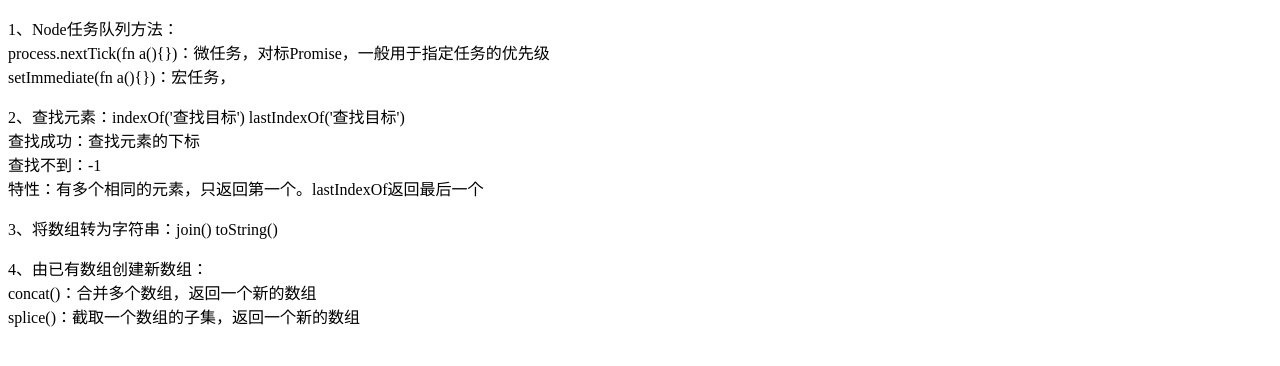
Repository: 15878162243/nodejsNote
Page: node方法.html
An editor plug-in stored every save of this project. The page is shown before and after the next save, followed by the edit.
The browser window is 1280 px wide. The pictures show the whole page.

Above is the page before, as saved 2022-09-25 15:43:42.

After the next save:
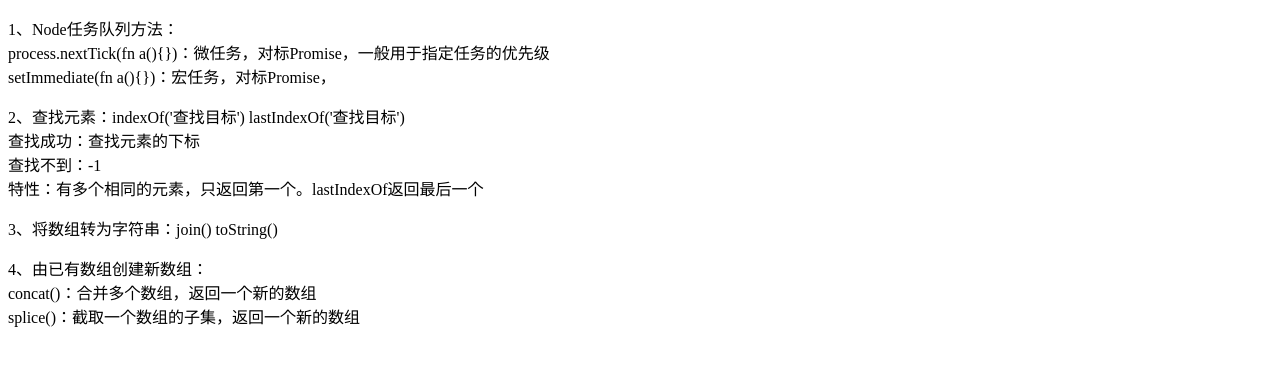
Saved 4 s later.
--- a/node方法.html
+++ b/node方法.html
@@ -8,7 +8,7 @@
 
 		<p>1、Node任务队列方法：<br />
 			process.nextTick(fn a(){})：微任务，对标Promise，一般用于指定任务的优先级<br />
-			setImmediate(fn a(){})：宏任务，<br />
+			setImmediate(fn a(){})：宏任务，对标Promise，<br />
 		</p>
 		<script>
 			var nums1 = []; // 1-100
